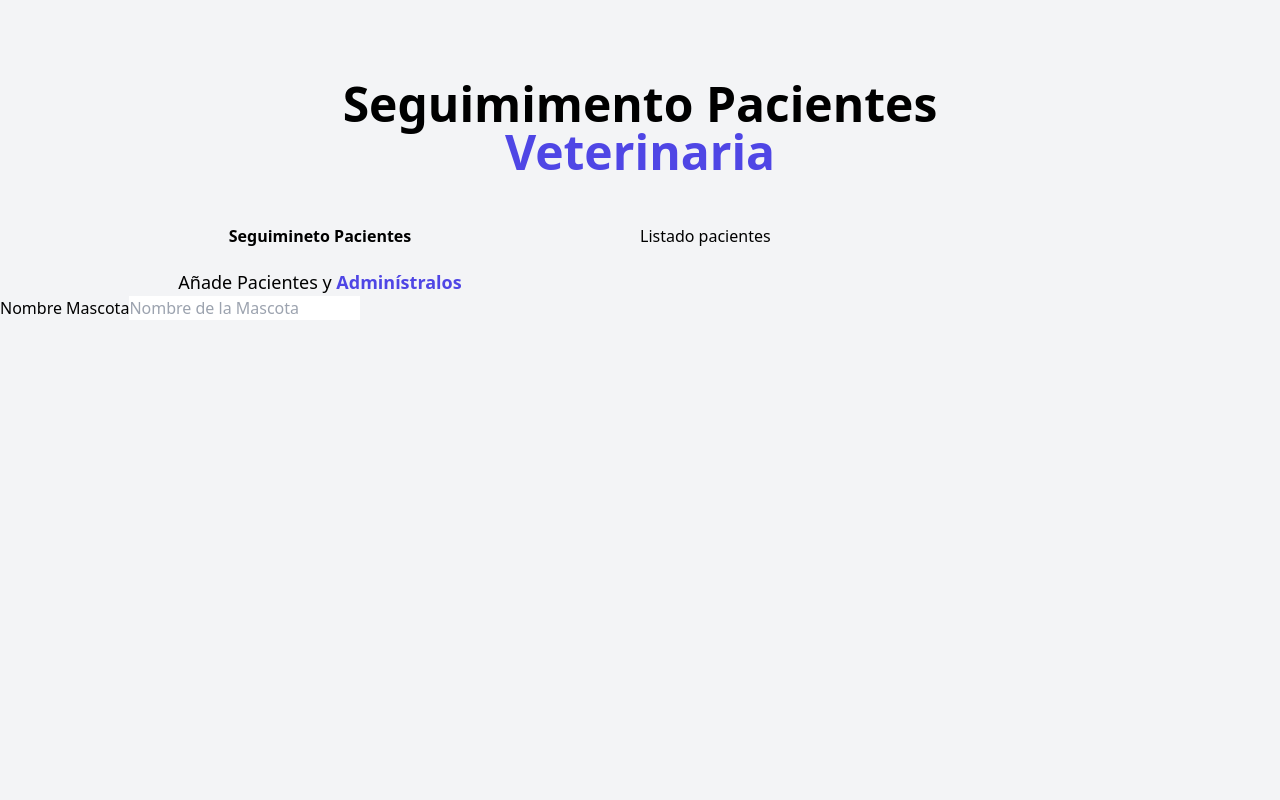
Repository: rlaureano/citas_react
Page: /
The author's editor kept a copy of each file at every save. The page is drawn from the files as they stood at one save, then again after the next save.
The browser window is 1280 px wide. The pictures show the whole page.
The project was rebuilt for these pictures with package versions that can differ from the ones it lists, and the page was loaded fresh each time. Also part of the build but not shown: vite.config.js.

Above is the page before, as saved 2022-01-11 22:08:17.

After the next save:
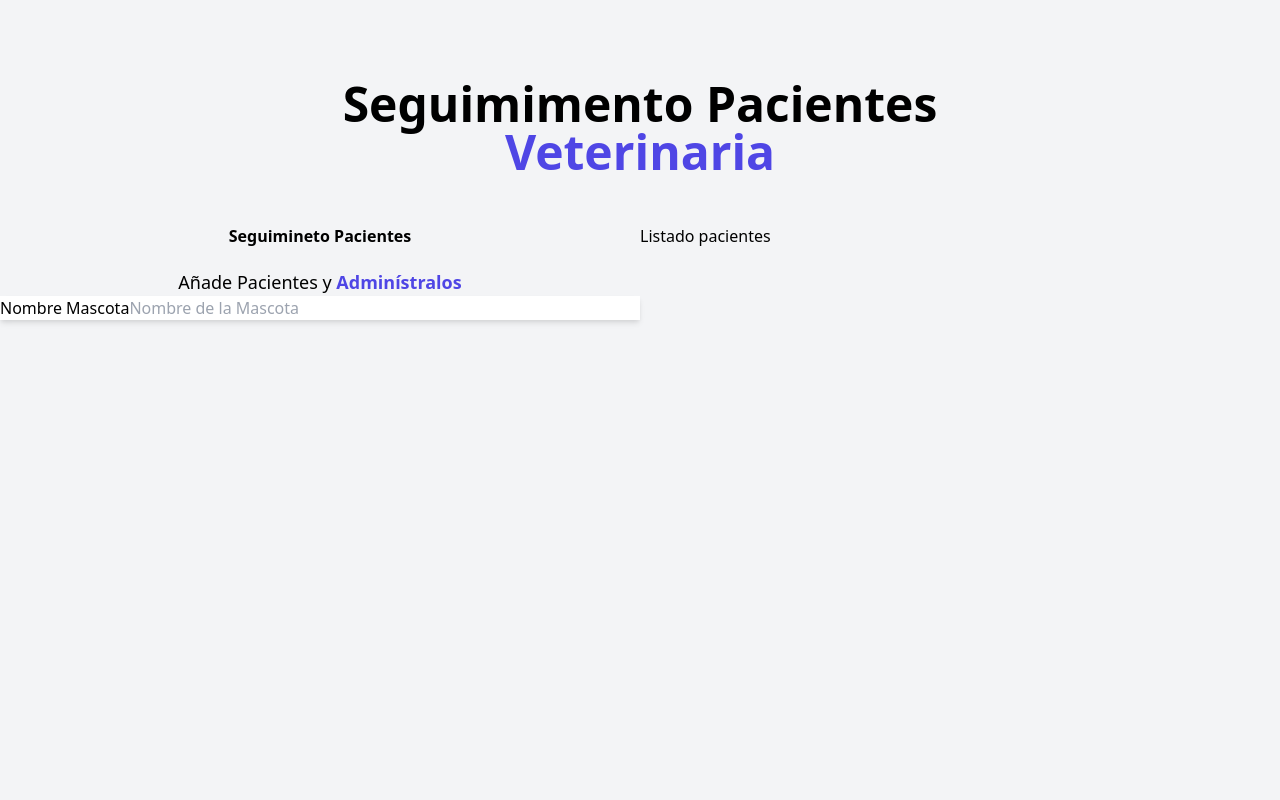
Saved 24 s later.
--- a/src/components/Formulario.jsx
+++ b/src/components/Formulario.jsx
@@ -11,7 +11,7 @@ const Formulario = () => {
         <span className="text-indigo-600 font-bold text-lg">Adminístralos</span>
       </p>
 
-      <form action="">
+      <form action="" className="bg-white shadow-md">
         <div>
           <label htmlFor="">Nombre Mascota</label>
           <input
